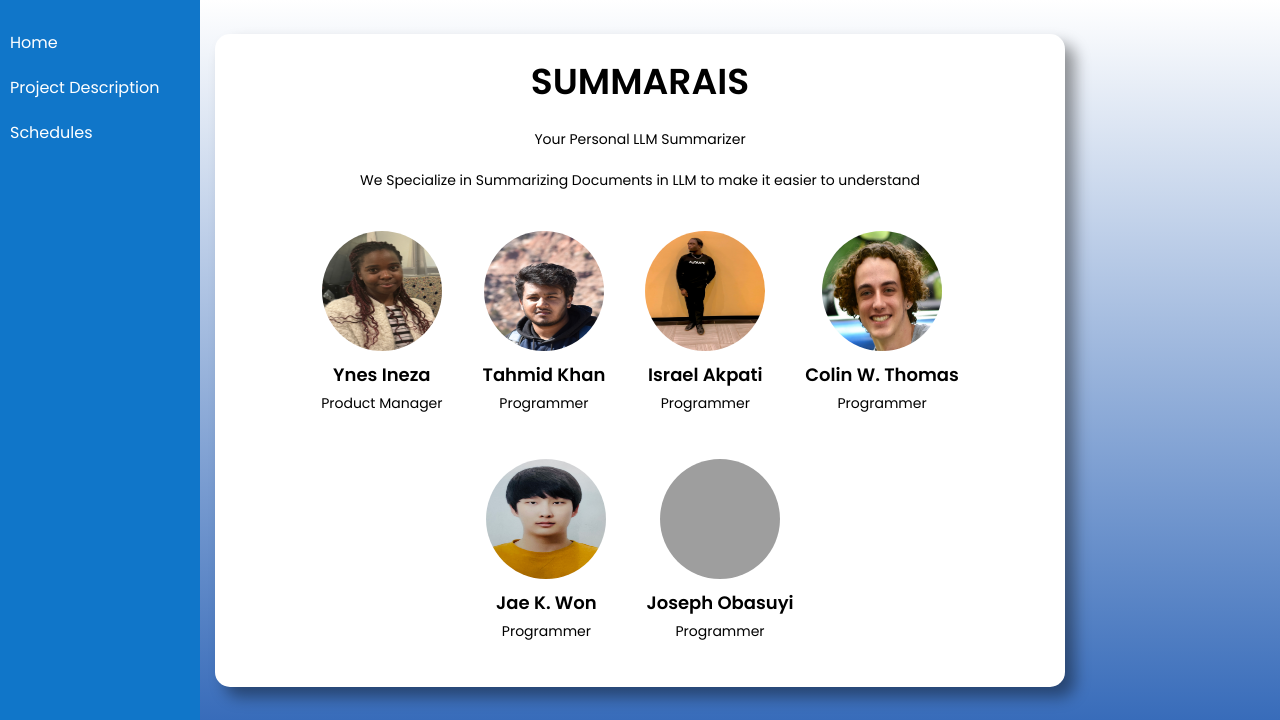
Repository: Colin-Thomas-115/Summarizer-LLM
Page: team-webpage/index.html
These files come from the project's save history. The page is drawn as it stood at one moment and after the next save; the edit follows.
The browser window is 1280 px wide. The pictures show the whole page.
Pictures or frames that could not be fetched are drawn as grey boxes.

Above is the page before, as saved 2024-02-20 00:12:19.

### team-webpage/index.html
<html lang="en">
<head>
    <meta charset="UTF-8">
    <meta name="viewport" content="width=device-width, initial-scale=1.0">
    <title>LLM DOCUMENT SUMMARIZATION TEAM WEBPAGE</title>
    <link rel="stylesheet" href="styles.css">
</head>
<body>
    <div class="sidebar">
        <ul>
            <li><a href="index.html">Home</a></li>
            <li><a href="p_description.html">Project Description</a></li>
            <li><a href="calender.html">Schedules</a></li>
        </ul>
    </div>
    <div class="main-container">
        <h1>SUMMARAIS</h1>
        <div class="header">

            <p>Your Personal LLM Summarizer</p>

            <p>We Specialize in Summarizing Documents in LLM to make it easier to understand</p>

        </div>
        <div class="members">
            <div class="member">
                <img src="./assets/ynes.JPG" alt="/">
                <h4>Ynes Ineza</h4>
                <p>Product Manager</p>
            </div>
            <div class="member">
                <img src="./assets/tahmid.JPG" alt="/">
                <h4>Tahmid Khan</h4>
                <p>Programmer</p>
            </div>
            <div class="member">
                <img src="./assets/izzy.JPG" alt="/">
                <h4>Israel Akpati</h4>
                <p>Programmer</p>
            </div>
            <div class="member">
                <img src="./assets/colin.jpeg" alt="/">
                <h4>Colin W. Thomas</h4>
                <p>Programmer</p>
            </div>
            <div class="member">
                <img src="./assets/jae.jpg" alt="/">
                <h4>Jae K. Won</h4>
                <p>Programmer</p>
            </div>
            <div class="member">
                <img src="./assets/joe.jpg" alt="/">
                <h4>Joseph Obasuyi</h4>
                <p>Programmer</p>
            </div>
        </div>
    </div>

</body>
</html

### team-webpage/styles.css
@import url('https://fonts.googleapis.com/css2?family=Noto+Sans:wght@700&family=Poppins:wght@400;500;600&display=swap');

* {
    margin: 0;
    padding: 0;
    box-sizing: border-box;
    font-family: "Poppins", sans-serif;
}

body {
    background: linear-gradient(White 0%, #386cba 100%);
    display: flex;
    justify-content: center;
    align-items: center;
    height: 100vh;
    margin: 0;
}

.sidebar {
    position: fixed;
    top: 0;
    left: 0;
    width: 200px;
    height: 100%;
    background-color: #1076c9;
    padding-top: 20px;
}

.sidebar ul {
    list-style-type: none;
    padding: 0;
}

.sidebar ul li {
    padding: 10px;
}

.sidebar ul li a {
    color: #fff;
    text-decoration: none;
}

.sidebar ul li a:hover {
    color: #ff0;
}

.main-container {
    background: #fff;
    border-radius: 15px;
    width: calc(100% - 220px);
    max-width: 850px;
    height: auto;
    padding: 20px;
    box-shadow: 10px 10px 15px rgba(0, 0, 0, 0.4);
}

h1 {
    text-align: center;
    margin-bottom: 20px;
    font-size: 36px;
}

.header p {
    text-align: center;
    margin-bottom: 20px;
}

.members {
    display: flex;
    justify-content: center;
    flex-wrap: wrap;
}

.member {
    text-align: center;
    margin: 20px;
}

img {
    width: 120px;
    height: 120px;
    border-radius: 50%;
    margin-bottom: 10px;
}

h4 {
    font-size: 18px;
    margin-bottom: 5px;
}

p {
    font-size: 14px;
    margin-bottom: 5px;
}

.members {
    display: flex;
    justify-content: center;
    flex-wrap: wrap;
}

.member {
    text-align: center;
    margin: 20px;
    position: relative;
}

.member .description {
    position: relative;
    bottom: -20px;
    left: 50%;
    transform: translateX(-50%);
    background-color: rgba(0, 0, 0, 0.8);
    color: #fff;
    padding: 5px 10px;
    border-radius: 5px;
    opacity: 0;
    pointer-events: none;
    transition: opacity 0.3s ease;
}

.member:hover .description {
    opacity: 1;
    pointer-events: auto;
}

After the next save:
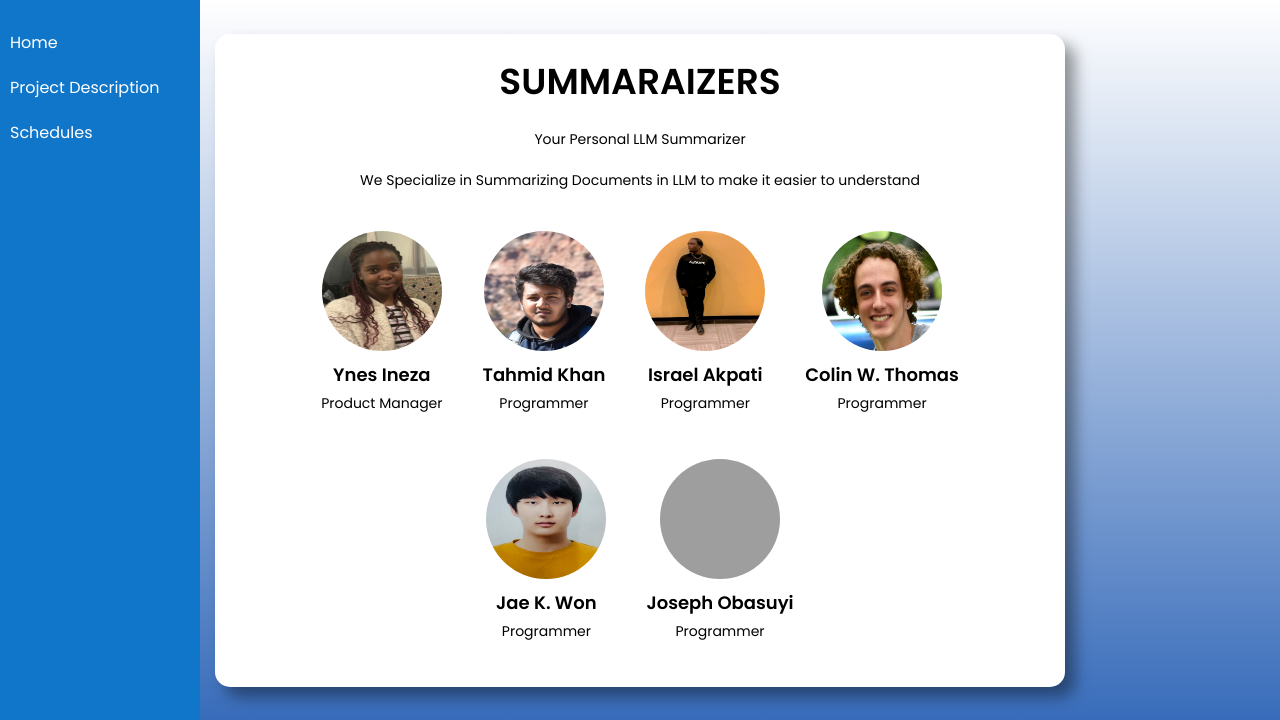
Saved 2 min 30 s later.
--- a/team-webpage/index.html
+++ b/team-webpage/index.html
@@ -14,7 +14,7 @@
         </ul>
     </div>
     <div class="main-container">
-        <h1>SUMMARAIS</h1>
+        <h1>SUMMARAIZERS</h1>
         <div class="header">
 
             <p>Your Personal LLM Summarizer</p>
